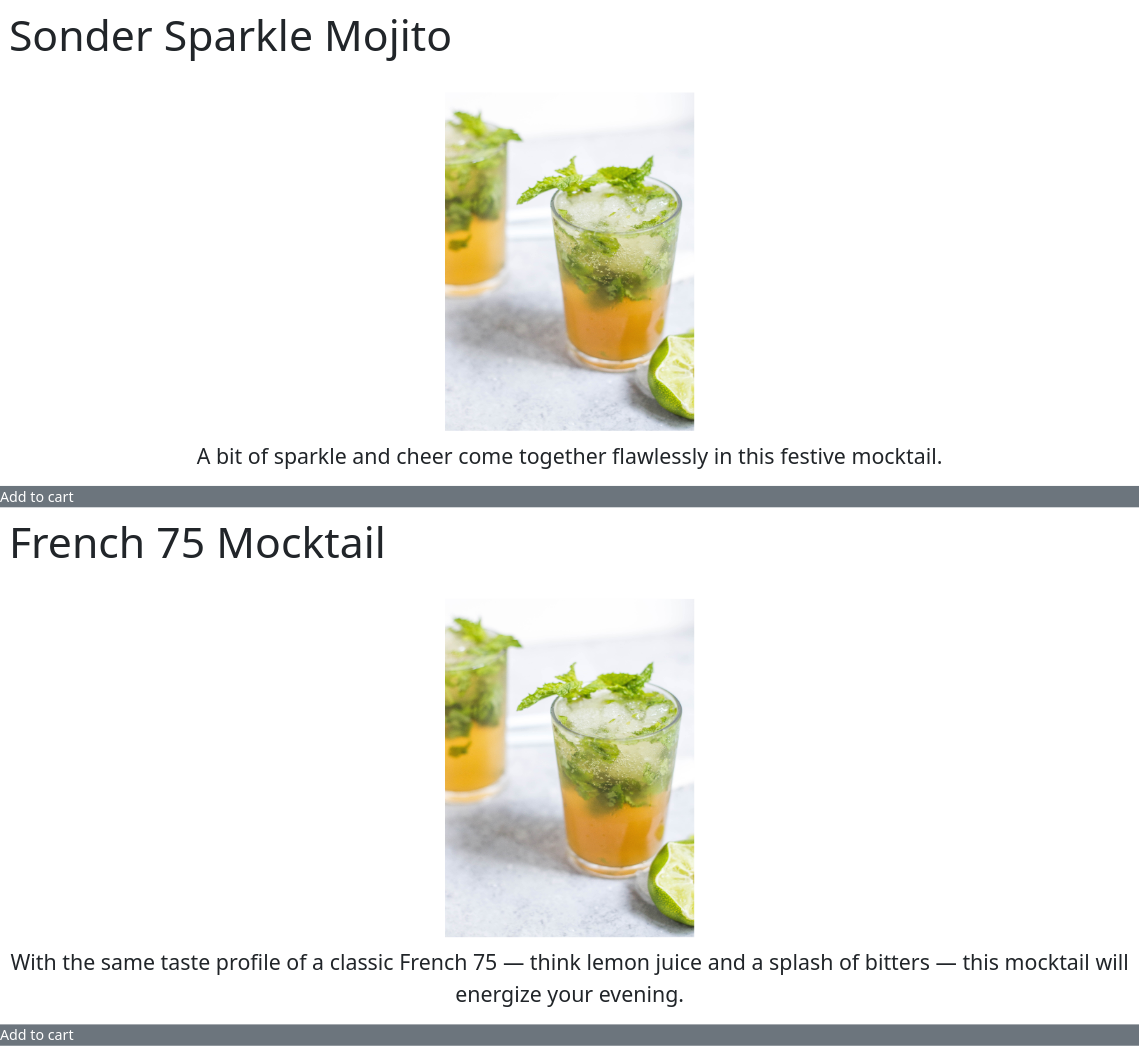
Repository: Flatbook/sliced_bread
Page: http://localhost/
These files come from the project's save history. The page is drawn as it stood at one moment and after the next save; the edit follows.
The browser window is 1280 px wide. The pictures show the whole page, at 89% of full size.
Some web libraries are served in a nearby version. The page is served by the project's application, run on Flask 3 (app.py).

Above is the page before, as saved 2021-05-15 23:57:26.

After the next save:
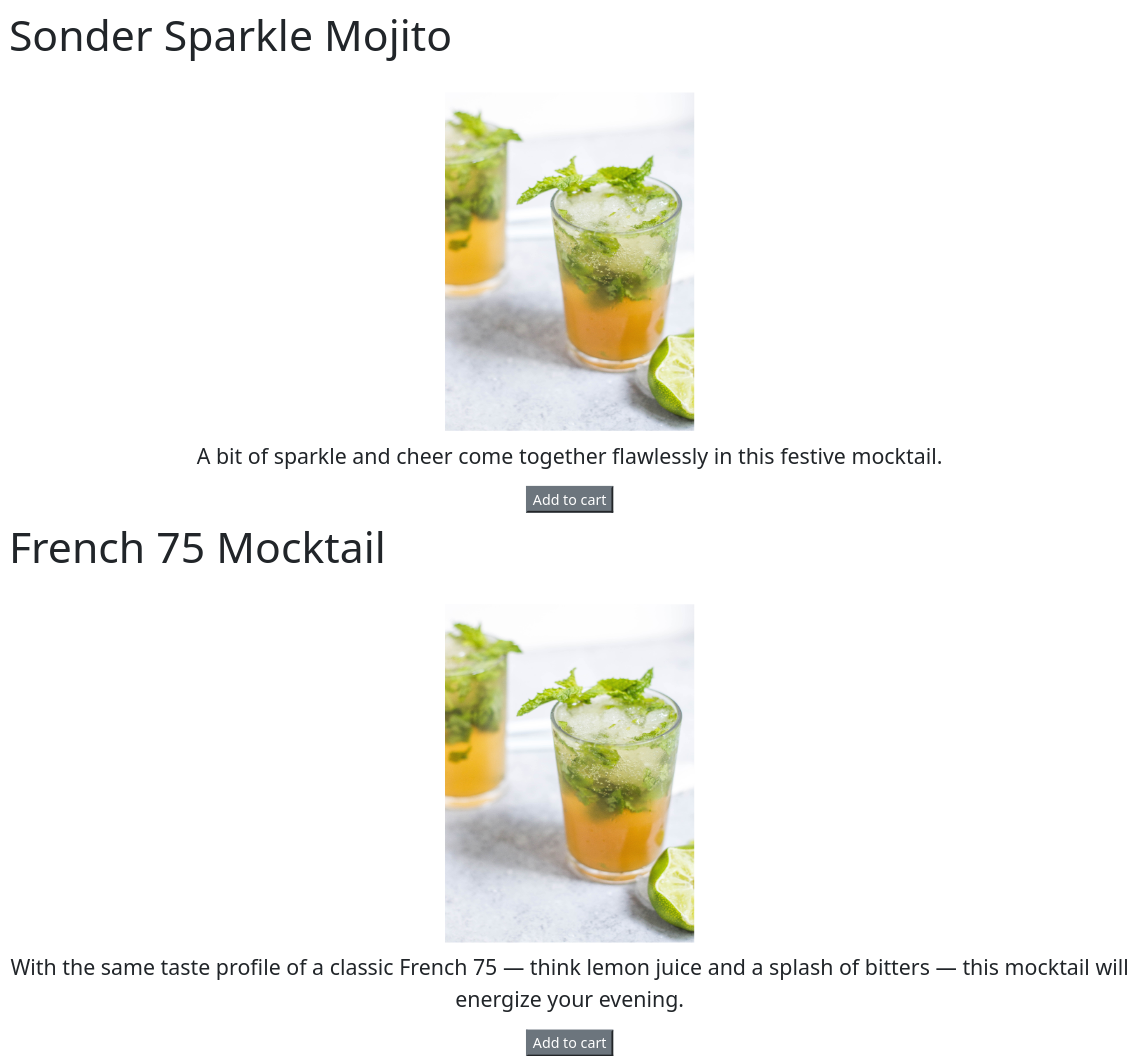
Saved 4 s later.
--- a/flask_project/templates/home.html
+++ b/flask_project/templates/home.html
@@ -5,7 +5,7 @@
         <img src="{{ user_image }}" width="300" height="400" class="mx-auto d-block" style="padding: 10px 10px"/>
 
         <p style="text-align: center ; font-size: 1.5rem">{{drink.description}}</p>
-        <form action ="{{url_for('checkout')}}" method = "post" style="text-align: center>
+        <form action ="{{url_for('checkout')}}" method = "post" style="text-align: center">
             <button type="submit" class="btn-secondary">Add to cart</button>
         </form>
     {% endfor %}
